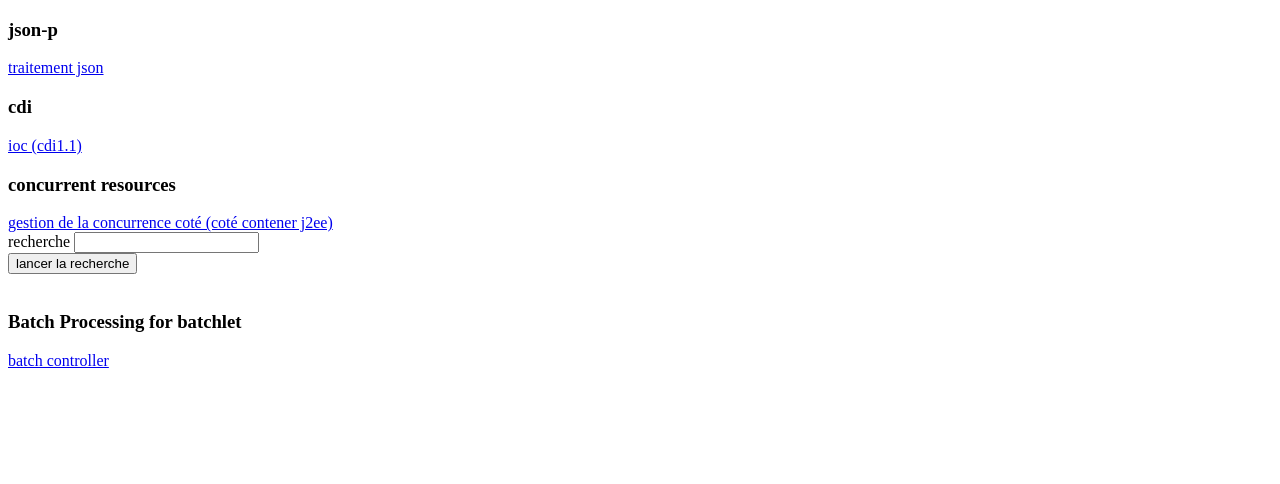
Repository: antoinebody/formationJee7
Page: http://localhost/ProjJEE7/
The author's editor kept a copy of each file at every save. The page is drawn from the files as they stood at one save, then again after the next save.
The browser window is 1280 px wide. The pictures show the whole page.
The page is served by Tomcat 9. Nobody is signed in. The application's start-up code is not run.

Above is the page before, as saved 2015-11-25 09:42:23.

After the next save:
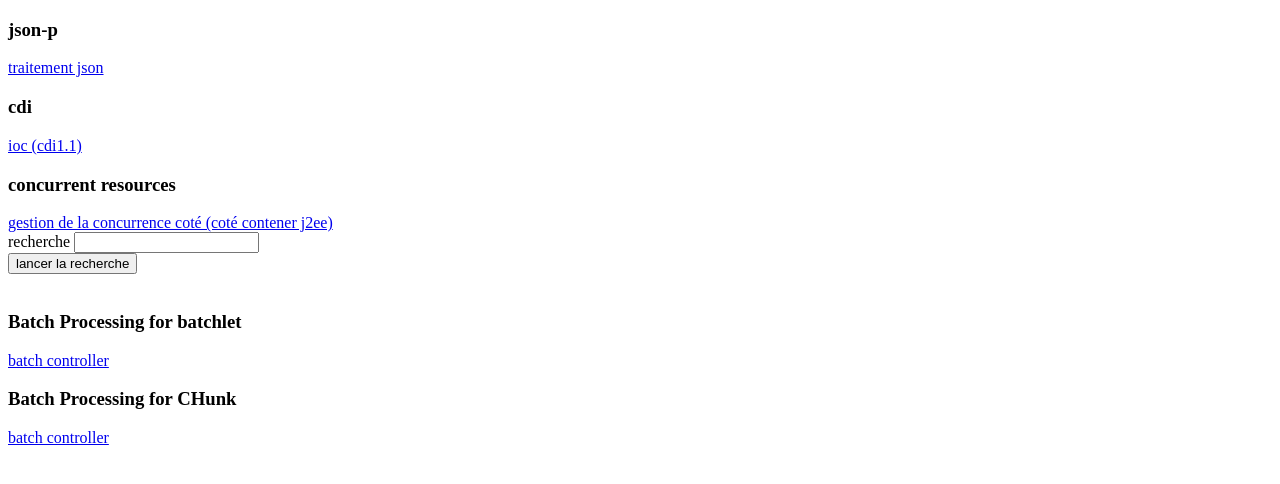
Saved 18 s later.
--- a/ProjJEE7/WebContent/index.jsp
+++ b/ProjJEE7/WebContent/index.jsp
@@ -29,6 +29,10 @@
 	<a title="batchProcessing" href="BatchController">batch controller</a>
 	<br/>
 
+	<h3>Batch Processing for CHunk</h3>
+	<a title="batchProcessing" href="BatchController">batch controller</a>
+	<br/>
+
 
 
 </body>
